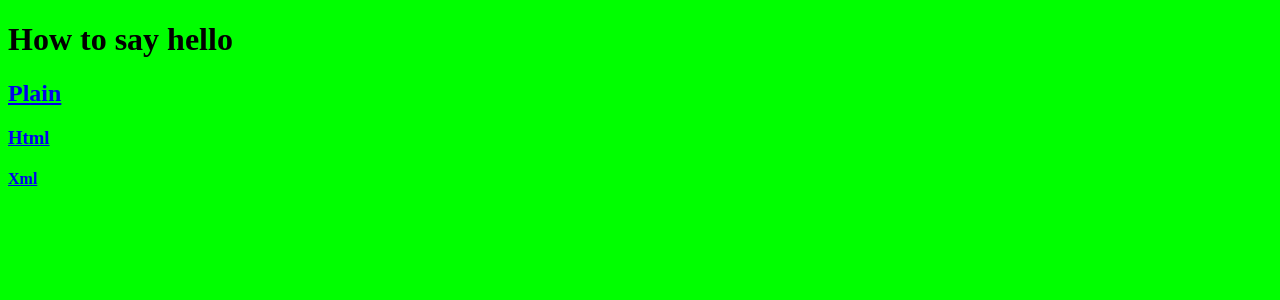
Repository: nishita-khandelwal/Zen-Training
Page: Restfulwebservices/TrivagoHotels/index.html
The author's editor kept a copy of each file at every save. The page is drawn from the files as they stood at one save, then again after the next save.
The browser window is 1280 px wide. The pictures show the whole page.

Above is the page before, as saved 2019-07-25 00:46:04.

### Restfulwebservices/TrivagoHotels/index.html
<!DOCTYPE html>
<html>
<head>
<meta charset="ISO-8859-1">
<title>Trivago Home</title>
<style type="text/css">
body{
     background-color:lime;



}



</style>
</head>
<body>
<h1>How to say hello</h2>
<h2><a href="http://localhost:8010/HelloWebService/zenrest/zenhello">Plain</h2>
<h3><a href="http://localhost:8010/HelloWebService/zenrest/zenhello">Html</h3>
<h4><a href="http://localhost:8010/HelloWebService/zenrest/zenhello">Xml</h4>
</html>

After the next save:
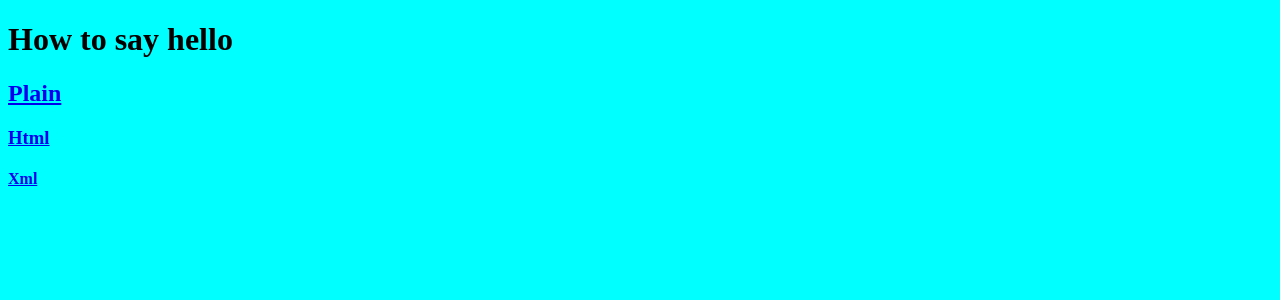
Saved 28 s later.
--- a/Restfulwebservices/TrivagoHotels/index.html
+++ b/Restfulwebservices/TrivagoHotels/index.html
@@ -5,7 +5,7 @@
 <title>Trivago Home</title>
 <style type="text/css">
 body{
-     background-color:lime;
+     background-color:cyan;
 
 
 
